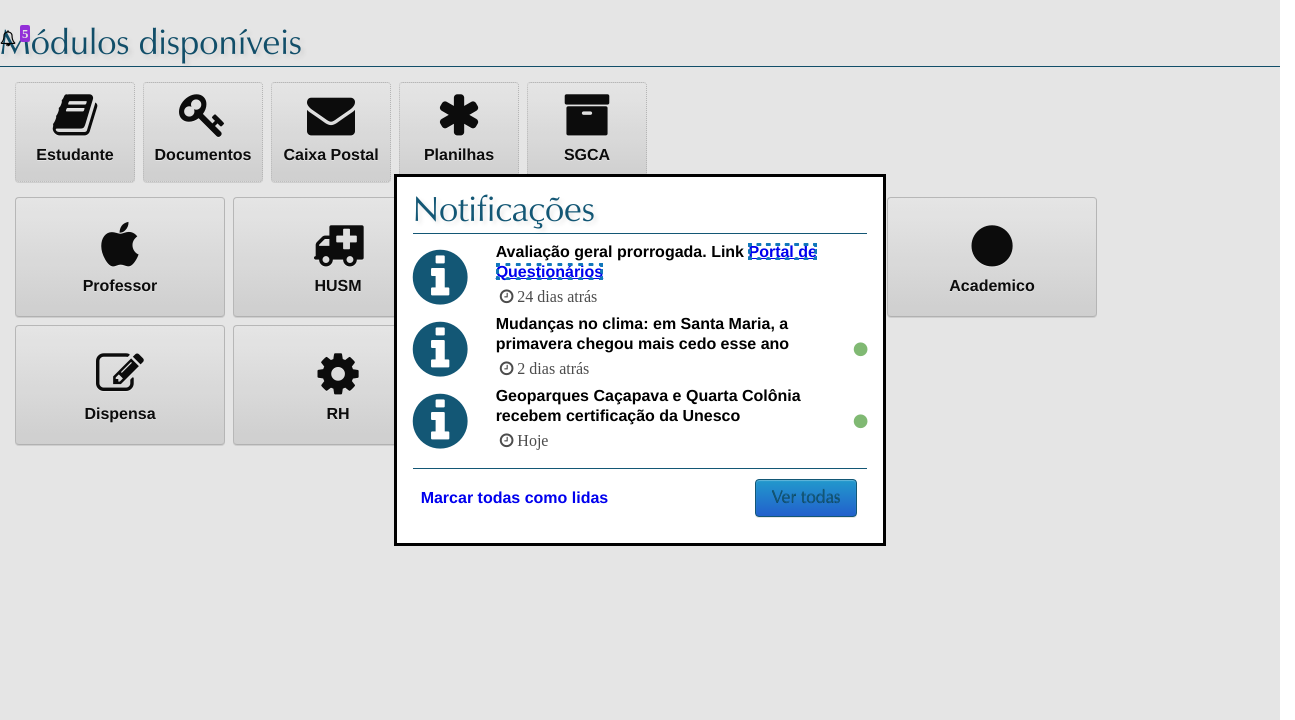
Repository: evertonagilar/study
Page: css/css-notificacao-dialog/index.html
The author's editor kept a copy of each file at every save. The page is drawn from the files as they stood at one save, then again after a run of saves.
The browser window is 1280 px wide. The page is 1295 px wide, so the pictures cover 1295 px, including what lies to the right of the window. The pictures show the whole page.
After loading, the first visible `span.dashboard-notificacoes-button` was clicked once.

Above is the page before, as saved 2023-09-11 22:13:57.

After the next 4 saves:
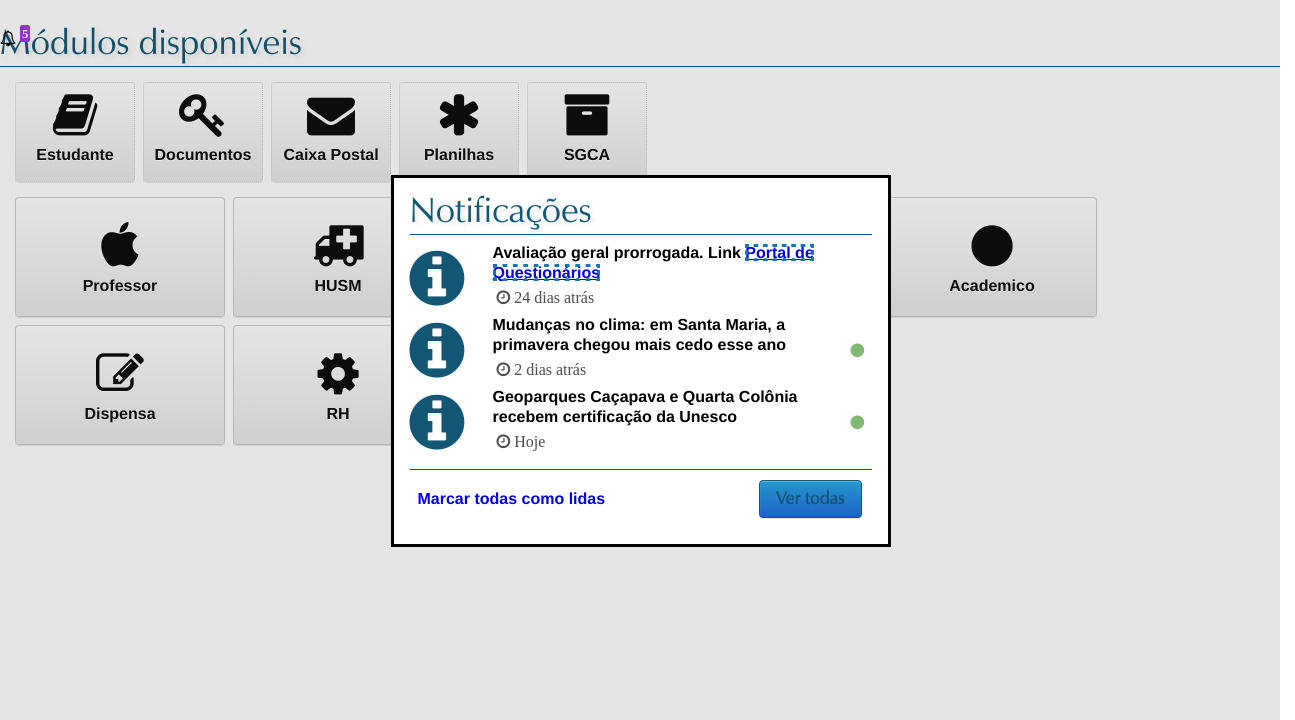
The 4 saves are shown as one change because they came seconds apart.
The last was saved 13 s later.
--- a/css/css-notificacao-dialog/css/style.css
+++ b/css/css-notificacao-dialog/css/style.css
@@ -133,7 +133,8 @@
 
 .dashboard-notificacoes {
     position: relative;
-    left: 1px
+    left: 1px;
+    top: 1px;
     width: 500px;
     transition: all .2s ease;
     z-index: 200;
